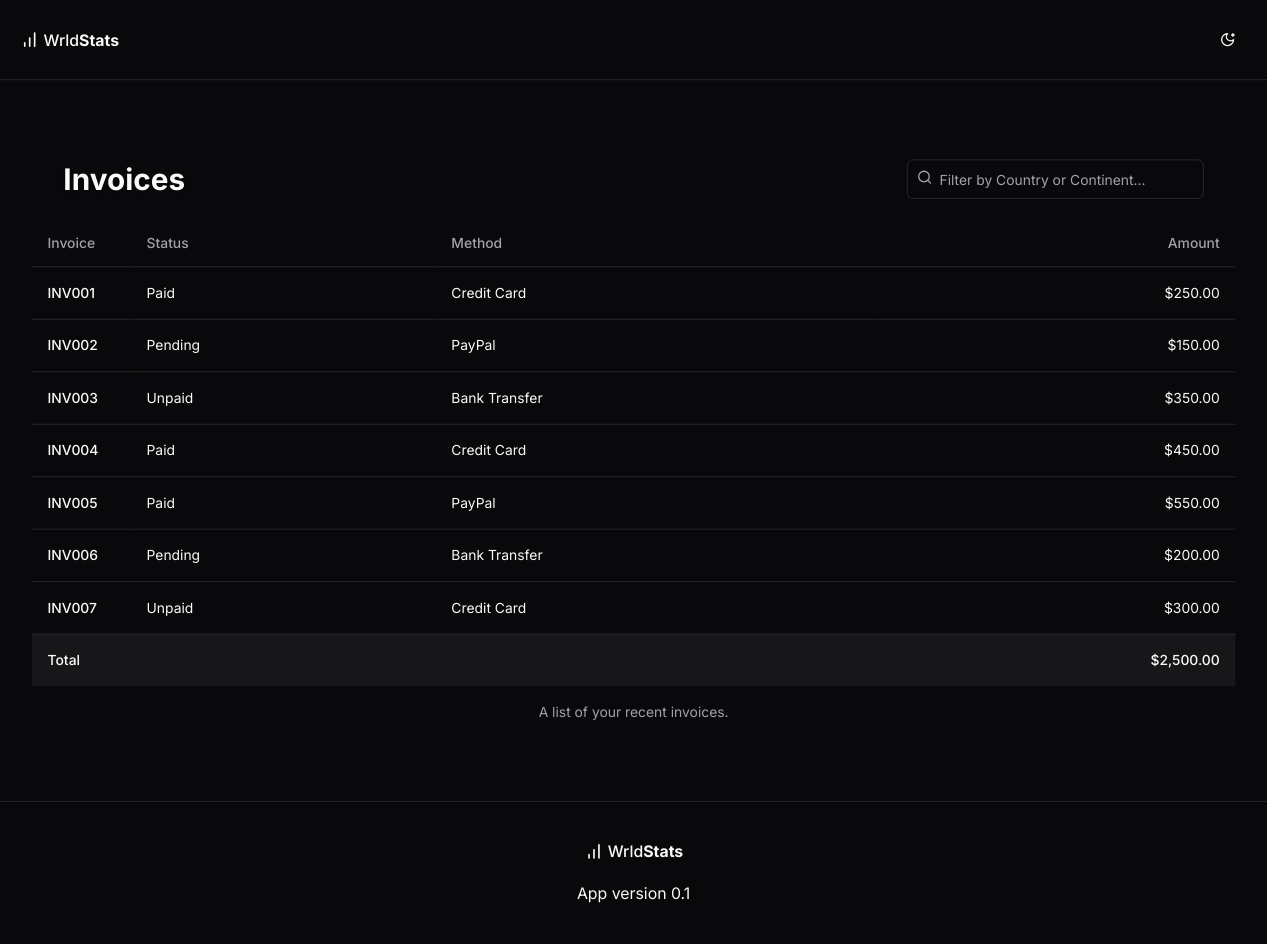
Repository: tushcmd/wrld-stats
Page: /
An editor plug-in stored every save of this project. The page is shown before and after the next save, followed by the edit.
The browser window is 1280 px wide. The pictures show the whole page, at 99% of full size.
The project was rebuilt for these pictures with package versions that can differ from the ones it lists, and the page was loaded fresh each time. The framework's server and built-in components were replaced by stand-ins that run in the browser. Also part of the build but not shown: next.config.mjs.

Above is the page before, as saved 2024-04-21 17:25:28.

### app/layout.tsx
import './globals.css';
import { Inter } from 'next/font/google';

import { Metadata, Viewport } from 'next';
import siteMetadata from '../data/siteMetadata';

import Navbar from '@/components/shared/Navbar';
import Footer from '@/components/shared/Footer';
import AppProviders from '@/components/providers/AppProviders';

const inter = Inter({ subsets: ['latin'] });

export const viewport: Viewport = {
  width: 'device-width',
  initialScale: 1,
  maximumScale: 1,
};

export const metadata: Metadata = {
  metadataBase: new URL(siteMetadata.siteUrl),
  title: {
    default: siteMetadata.title,
    template: `%s | ${siteMetadata.title}`,
  },
  description: siteMetadata.description,
  openGraph: {
    title: siteMetadata.title,
    description: siteMetadata.description,
    url: './',
    siteName: siteMetadata.title,
    locale: 'en',
    type: 'website',
  },
  alternates: {
    canonical: './',
  },
  robots: {
    index: true,
    follow: true,
    googleBot: {
      index: true,
      follow: true,
      'max-video-preview': -1,
      'max-image-preview': 'large',
      'max-snippet': -1,
    },
  },
  twitter: {
    title: siteMetadata.title,
    card: 'summary_large_image',
  },
};

export default function RootLayout({ children }: { children: React.ReactNode }) {
  return (
    <html lang="en" suppressHydrationWarning>
      <body className={inter.className}>
        <AppProviders>
          <Navbar />
          {children}
          <Footer />
        </AppProviders>
      </body>
    </html>
  );
}

### app/page.tsx
import Hero from '@/components/Hero';

export default function Home() {
  return (
    <main className="page-container">
      <Hero />
    </main>
  );
}

### app/globals.css
@tailwind base;
@tailwind components;
@tailwind utilities;

@layer base {
  :root {
    --background: 0 0% 100%;
    --foreground: 240 10% 3.9%;

    --card: 0 0% 100%;
    --card-foreground: 240 10% 3.9%;

    --popover: 0 0% 100%;
    --popover-foreground: 240 10% 3.9%;

    --primary: 240 5.9% 10%;
    --primary-foreground: 0 0% 98%;

    --secondary: 240 4.8% 95.9%;
    --secondary-foreground: 240 5.9% 10%;

    --muted: 240 4.8% 95.9%;
    --muted-foreground: 240 3.8% 46.1%;

    --accent: 240 4.8% 95.9%;
    --accent-foreground: 240 5.9% 10%;

    --destructive: 0 84.2% 60.2%;
    --destructive-foreground: 0 0% 98%;

    --border: 240 5.9% 90%;
    --input: 240 5.9% 90%;
    --ring: 240 10% 3.9%;

    --radius: 0.5rem;
  }

  .dark {
    --background: 240 10% 3.9%;
    --foreground: 0 0% 98%;

    --card: 240 10% 3.9%;
    --card-foreground: 0 0% 98%;

    --popover: 240 10% 3.9%;
    --popover-foreground: 0 0% 98%;

    --primary: 0 0% 98%;
    --primary-foreground: 240 5.9% 10%;

    --secondary: 240 3.7% 15.9%;
    --secondary-foreground: 0 0% 98%;

    --muted: 240 3.7% 15.9%;
    --muted-foreground: 240 5% 64.9%;

    --accent: 240 3.7% 15.9%;
    --accent-foreground: 0 0% 98%;

    --destructive: 0 62.8% 30.6%;
    --destructive-foreground: 0 0% 98%;

    --border: 240 3.7% 15.9%;
    --input: 240 3.7% 15.9%;
    --ring: 240 4.9% 83.9%;
  }

}

@layer base {
  * {
    @apply border-border;
  }
  body {
    @apply bg-background text-foreground;
  }
}

@layer components {

  /* FONT SIZES */
  .h1 {
		@apply text-5xl lg:text-6xl font-bold;
	}
	.h2 {
		@apply sm:text-3xl text-4xl font-bold;
	}
	.h3 {
		@apply text-2xl font-medium;
	}
	.h4 {
		@apply text-xl sm:text-lg font-normal;
	}

  /* LAYOUTS  */
	.layout-container {
		@apply container mx-auto px-5;
	}

	.page-container {
		@apply container py-20 flex flex-col gap-16 max-w-7xl;
	}
}

### data/siteMetadata.ts
const siteMetada = {
        title: "Wrld Stats",
        author: "Tush",
        headerTitle: "Wrld Stats",
        description: "Visualiser for world stats in different countries",
        language: "en",
        theme: "system", // system, dark or light
        siteUrl: "https://tushdev.co/",
        siteLogo: "public/vercel.png",
        locale: "en",
}

export default siteMetada

### components/shared/Navbar.tsx
import React, { FC } from 'react';
import ThemeSwitcherButton from '../ui/ThemeSwitcher';
import Logo from './Logo';

const Navbar: FC = () => {
  return (
    <nav className="border-b py-5">
      <div className="layout-container flex justify-between items-center max-w-7xl">
        <Logo />
        <ThemeSwitcherButton />
      </div>
    </nav>
  );
};

export default Navbar;

### components/shared/Footer.tsx
import React, { FC } from 'react'
import Logo from './Logo'
import { APP_VERSION } from '@/lib/config'

const Footer: FC = () => {
  return (
    <footer className='border-t'>
        <div className='layout-container flex flex-col gap-5 items-center  justify-center py-10'>
            <Logo />
            <p>App version {APP_VERSION}</p>
        </div>

    </footer>
  )
}

export default Footer

### components/providers/AppProviders.tsx
'use client';

import { ThemeProvider } from 'next-themes';
import { FC, ReactNode } from 'react';

interface AppProvidersProps {
  children: ReactNode;
}


const AppProviders: FC<AppProvidersProps> = ({ children }) => {
  return (
    <>
      <ThemeProvider attribute="class" disableTransitionOnChange defaultTheme="dark" enableSystem>
        {children}

      </ThemeProvider>
    </>
  );
};

export default AppProviders;

### components/Hero.tsx
import { Search } from 'lucide-react';
import React, { FC } from 'react';
import { TableDemo } from './list';
import { Input } from './ui/input';

const Hero: FC = () => {
  return (
    <section className="flex flex-col items-center justify-center gap-5">
      <div className='container flex flex-col md:flex-row justify-between items-center'>
        <p className='text-base lg:text-3xl font-bold drop-shadow-sm'>Invoices</p>
        <form className="ml-auto flex-1 sm:flex-initial">
          <div className="relative">
            <Search className="absolute left-2.5 top-2.5 h-4 w-4 text-muted-foreground" />
            <Input
              type="search"
              placeholder="Filter by Country or Continent..."
              className="pl-8 sm:w-[300px] md:w-[200px] lg:w-[300px]" />
          </div>
        </form>
      </div>

      <TableDemo />
    </section>
  );
};


export default Hero;

### components/ui/ThemeSwitcher.tsx
"use client";

import { useTheme } from "next-themes";
import React, { FC, useEffect, useState } from "react";
import { SunIcon,  Laptop, MoonStarIcon } from "lucide-react";
import {
	DropdownMenu,
	DropdownMenuContent,
	DropdownMenuItem,
	DropdownMenuTrigger,
} from "./dropdown-menu";
import { Button } from "./button";

const themes = [
	{
		value: "light",
		label: "Light",
		icon: SunIcon,
	},
	{
		value: "dark",
		label: "Dark",
		icon: MoonStarIcon,
	},
	{
		value: "system",
		label: "System",
		icon: Laptop,
	},
];

const ThemeSwitcher: FC = () => {
  const [mounted, setMounted] = useState(false)
	const { theme, setTheme } = useTheme();
	const currentTheme = themes.find((t) => t.value === theme);
	const ThemeIcon = currentTheme?.icon

  useEffect(() => {
    setMounted(true)
  }, [])

	return mounted && (
		<div className="flex">
			<DropdownMenu  >
				<DropdownMenuTrigger asChild>
					<Button variant="ghost" size={"icon"}>{!!ThemeIcon && <ThemeIcon className="w-4 h-4"/>}</Button>
				</DropdownMenuTrigger>
				<DropdownMenuContent>
					{themes.map(({value, label}) => <DropdownMenuItem role="button" onClick={() => setTheme(value)} key={value}>{label}</DropdownMenuItem>)}
				</DropdownMenuContent>
			</DropdownMenu>
		</div>
	);
};

export default ThemeSwitcher;

### components/shared/Logo.tsx

import { URLS } from "@/lib/urls";
import { BarChart } from "lucide-react";
import Link from "next/link";
import React, { FC } from "react";

const Logo: FC = () => {
	return (
		<Link href={URLS.HOMEPAGE} className="flex items-center gap-1 component-focus rounded-md">
			<BarChart   className="w-5 h-5 fill-current" />
			<h1 className="inline-flex flex-col gap-0 leading-none font-medium">
				<p>Wrld<span className="font-bold">Stats</span></p>
			</h1>
		</Link>
	);
};

export default Logo;

### lib/config.ts
export const APP_VERSION = 0.1

### components/list.tsx
import {
    Table,
    TableBody,
    TableCaption,
    TableCell,
    TableFooter,
    TableHead,
    TableHeader,
    TableRow,
} from "@/components/ui/table"

const invoices = [
    {
        invoice: "INV001",
        paymentStatus: "Paid",
        totalAmount: "$250.00",
        paymentMethod: "Credit Card",
    },
    {
        invoice: "INV002",
        paymentStatus: "Pending",
        totalAmount: "$150.00",
        paymentMethod: "PayPal",
    },
    {
        invoice: "INV003",
        paymentStatus: "Unpaid",
        totalAmount: "$350.00",
        paymentMethod: "Bank Transfer",
    },
    {
        invoice: "INV004",
        paymentStatus: "Paid",
        totalAmount: "$450.00",
        paymentMethod: "Credit Card",
    },
    {
        invoice: "INV005",
        paymentStatus: "Paid",
        totalAmount: "$550.00",
        paymentMethod: "PayPal",
    },
    {
        invoice: "INV006",
        paymentStatus: "Pending",
        totalAmount: "$200.00",
        paymentMethod: "Bank Transfer",
    },
    {
        invoice: "INV007",
        paymentStatus: "Unpaid",
        totalAmount: "$300.00",
        paymentMethod: "Credit Card",
    },
]

export function TableDemo() {
    return (
        <Table className="">
            <TableCaption>A list of your recent invoices.</TableCaption>
            <TableHeader>
                <TableRow>
                    <TableHead className="w-[100px]">Invoice</TableHead>
                    <TableHead>Status</TableHead>
                    <TableHead>Method</TableHead>
                    <TableHead className="text-right">Amount</TableHead>
                </TableRow>
            </TableHeader>
            <TableBody>
                {invoices.map((invoice) => (
                    <TableRow key={invoice.invoice}>
                        <TableCell className="font-medium">{invoice.invoice}</TableCell>
                        <TableCell>{invoice.paymentStatus}</TableCell>
                        <TableCell>{invoice.paymentMethod}</TableCell>
                        <TableCell className="text-right">{invoice.totalAmount}</TableCell>
                    </TableRow>
                ))}
            </TableBody>
            <TableFooter>
                <TableRow>
                    <TableCell colSpan={3}>Total</TableCell>
                    <TableCell className="text-right">$2,500.00</TableCell>
                </TableRow>
            </TableFooter>
        </Table>
    )
}



//import React from 'react'
//
//const List = () => {
//  return (
//    <div>List</div>
//  )
//}
//
//export default List

### components/ui/input.tsx
import * as React from "react"

import { cn } from "@/lib/utils"

export interface InputProps
  extends React.InputHTMLAttributes<HTMLInputElement> {}

const Input = React.forwardRef<HTMLInputElement, InputProps>(
  ({ className, type, ...props }, ref) => {
    return (
      <input
        type={type}
        className={cn(
          "flex h-10 w-full rounded-md border border-input bg-background px-3 py-2 text-sm ring-offset-background file:border-0 file:bg-transparent file:text-sm file:font-medium placeholder:text-muted-foreground focus-visible:outline-none focus-visible:ring-2 focus-visible:ring-ring focus-visible:ring-offset-2 disabled:cursor-not-allowed disabled:opacity-50",
          className
        )}
        ref={ref}
        {...props}
      />
    )
  }
)
Input.displayName = "Input"

export { Input }

### components/ui/button.tsx
import * as React from "react"
import { Slot } from "@radix-ui/react-slot"
import { cva, type VariantProps } from "class-variance-authority"

import { cn } from "@/lib/utils"

const buttonVariants = cva(
  "inline-flex items-center justify-center whitespace-nowrap rounded-md text-sm font-medium ring-offset-background transition-colors focus-visible:outline-none focus-visible:ring-2 focus-visible:ring-ring focus-visible:ring-offset-2 disabled:pointer-events-none disabled:opacity-50",
  {
    variants: {
      variant: {
        default: "bg-primary text-primary-foreground hover:bg-primary/90",
        destructive:
          "bg-destructive text-destructive-foreground hover:bg-destructive/90",
        outline:
          "border border-input bg-background hover:bg-accent hover:text-accent-foreground",
        secondary:
          "bg-secondary text-secondary-foreground hover:bg-secondary/80",
        ghost: "hover:bg-accent hover:text-accent-foreground",
        link: "text-primary underline-offset-4 hover:underline",
      },
      size: {
        default: "h-10 px-4 py-2",
        sm: "h-9 rounded-md px-3",
        lg: "h-11 rounded-md px-8",
        icon: "h-10 w-10",
      },
    },
    defaultVariants: {
      variant: "default",
      size: "default",
    },
  }
)

export interface ButtonProps
  extends React.ButtonHTMLAttributes<HTMLButtonElement>,
    VariantProps<typeof buttonVariants> {
  asChild?: boolean
}

const Button = React.forwardRef<HTMLButtonElement, ButtonProps>(
  ({ className, variant, size, asChild = false, ...props }, ref) => {
    const Comp = asChild ? Slot : "button"
    return (
      <Comp
        className={cn(buttonVariants({ variant, size, className }))}
        ref={ref}
        {...props}
      />
    )
  }
)
Button.displayName = "Button"

export { Button, buttonVariants }

### lib/urls.ts
export enum URLS {
    HOMEPAGE = "/"
}

### components/ui/table.tsx
import * as React from "react"

import { cn } from "@/lib/utils"

const Table = React.forwardRef<
  HTMLTableElement,
  React.HTMLAttributes<HTMLTableElement>
>(({ className, ...props }, ref) => (
  <div className="relative w-full overflow-auto">
    <table
      ref={ref}
      className={cn("w-full caption-bottom text-sm", className)}
      {...props}
    />
  </div>
))
Table.displayName = "Table"

const TableHeader = React.forwardRef<
  HTMLTableSectionElement,
  React.HTMLAttributes<HTMLTableSectionElement>
>(({ className, ...props }, ref) => (
  <thead ref={ref} className={cn("[&_tr]:border-b", className)} {...props} />
))
TableHeader.displayName = "TableHeader"

const TableBody = React.forwardRef<
  HTMLTableSectionElement,
  React.HTMLAttributes<HTMLTableSectionElement>
>(({ className, ...props }, ref) => (
  <tbody
    ref={ref}
    className={cn("[&_tr:last-child]:border-0", className)}
    {...props}
  />
))
TableBody.displayName = "TableBody"

const TableFooter = React.forwardRef<
  HTMLTableSectionElement,
  React.HTMLAttributes<HTMLTableSectionElement>
>(({ className, ...props }, ref) => (
  <tfoot
    ref={ref}
    className={cn(
      "border-t bg-muted/50 font-medium [&>tr]:last:border-b-0",
      className
    )}
    {...props}
  />
))
TableFooter.displayName = "TableFooter"

const TableRow = React.forwardRef<
  HTMLTableRowElement,
  React.HTMLAttributes<HTMLTableRowElement>
>(({ className, ...props }, ref) => (
  <tr
    ref={ref}
    className={cn(
      "border-b transition-colors hover:bg-muted/50 data-[state=selected]:bg-muted",
      className
    )}
    {...props}
  />
))
TableRow.displayName = "TableRow"

const TableHead = React.forwardRef<
  HTMLTableCellElement,
  React.ThHTMLAttributes<HTMLTableCellElement>
>(({ className, ...props }, ref) => (
  <th
    ref={ref}
    className={cn(
      "h-12 px-4 text-left align-middle font-medium text-muted-foreground [&:has([role=checkbox])]:pr-0",
      className
    )}
    {...props}
  />
))
TableHead.displayName = "TableHead"

const TableCell = React.forwardRef<
  HTMLTableCellElement,
  React.TdHTMLAttributes<HTMLTableCellElement>
>(({ className, ...props }, ref) => (
  <td
    ref={ref}
    className={cn("p-4 align-middle [&:has([role=checkbox])]:pr-0", className)}
    {...props}
  />
))
TableCell.displayName = "TableCell"

const TableCaption = React.forwardRef<
  HTMLTableCaptionElement,
  React.HTMLAttributes<HTMLTableCaptionElement>
>(({ className, ...props }, ref) => (
  <caption
    ref={ref}
    className={cn("mt-4 text-sm text-muted-foreground", className)}
    {...props}
  />
))
TableCaption.displayName = "TableCaption"

export {
  Table,
  TableHeader,
  TableBody,
  TableFooter,
  TableHead,
  TableRow,
  TableCell,
  TableCaption,
}

### tailwind.config.ts
import type { Config } from "tailwindcss"


const config = {
  darkMode: ["class"],
  content: [
    './pages/**/*.{ts,tsx}',
    './components/**/*.{ts,tsx}',
    './app/**/*.{ts,tsx}',
    './src/**/*.{ts,tsx}',
	],
  prefix: "",
  theme: {
    container: {
      center: true,
      padding: "2rem",
      screens: {
        "2xl": "1400px",
      },
    },
    extend: {
      colors: {
        border: "hsl(var(--border))",
        input: "hsl(var(--input))",
        ring: "hsl(var(--ring))",
        background: "hsl(var(--background))",
        foreground: "hsl(var(--foreground))",
        primary: {
          DEFAULT: "hsl(var(--primary))",
          foreground: "hsl(var(--primary-foreground))",
        },
        secondary: {
          DEFAULT: "hsl(var(--secondary))",
          foreground: "hsl(var(--secondary-foreground))",
        },
        destructive: {
          DEFAULT: "hsl(var(--destructive))",
          foreground: "hsl(var(--destructive-foreground))",
        },
        muted: {
          DEFAULT: "hsl(var(--muted))",
          foreground: "hsl(var(--muted-foreground))",
        },
        accent: {
          DEFAULT: "hsl(var(--accent))",
          foreground: "hsl(var(--accent-foreground))",
        },
        popover: {
          DEFAULT: "hsl(var(--popover))",
          foreground: "hsl(var(--popover-foreground))",
        },
        card: {
          DEFAULT: "hsl(var(--card))",
          foreground: "hsl(var(--card-foreground))",
        },
      },
      borderRadius: {
        lg: "var(--radius)",
        md: "calc(var(--radius) - 2px)",
        sm: "calc(var(--radius) - 4px)",
      },
      keyframes: {
        "accordion-down": {
          from: { height: "0" },
          to: { height: "var(--radix-accordion-content-height)" },
        },
        "accordion-up": {
          from: { height: "var(--radix-accordion-content-height)" },
          to: { height: "0" },
        },
      },
      animation: {
        "accordion-down": "accordion-down 0.2s ease-out",
        "accordion-up": "accordion-up 0.2s ease-out",
      },
    },
  },
  plugins: [require("tailwindcss-animate")],
} satisfies Config

export default config

const BREAKPOINTS = {
	SM: {
		MIN: 0,
		MAX: 1024,
	},
	LG: {
		MIN: 1025,
		MAX: 1920,
	},
};

Loaded but not shown: lib/utils.ts (common file); components/ui/dropdown-menu.tsx (200 lines, source omitted)

After the next save:
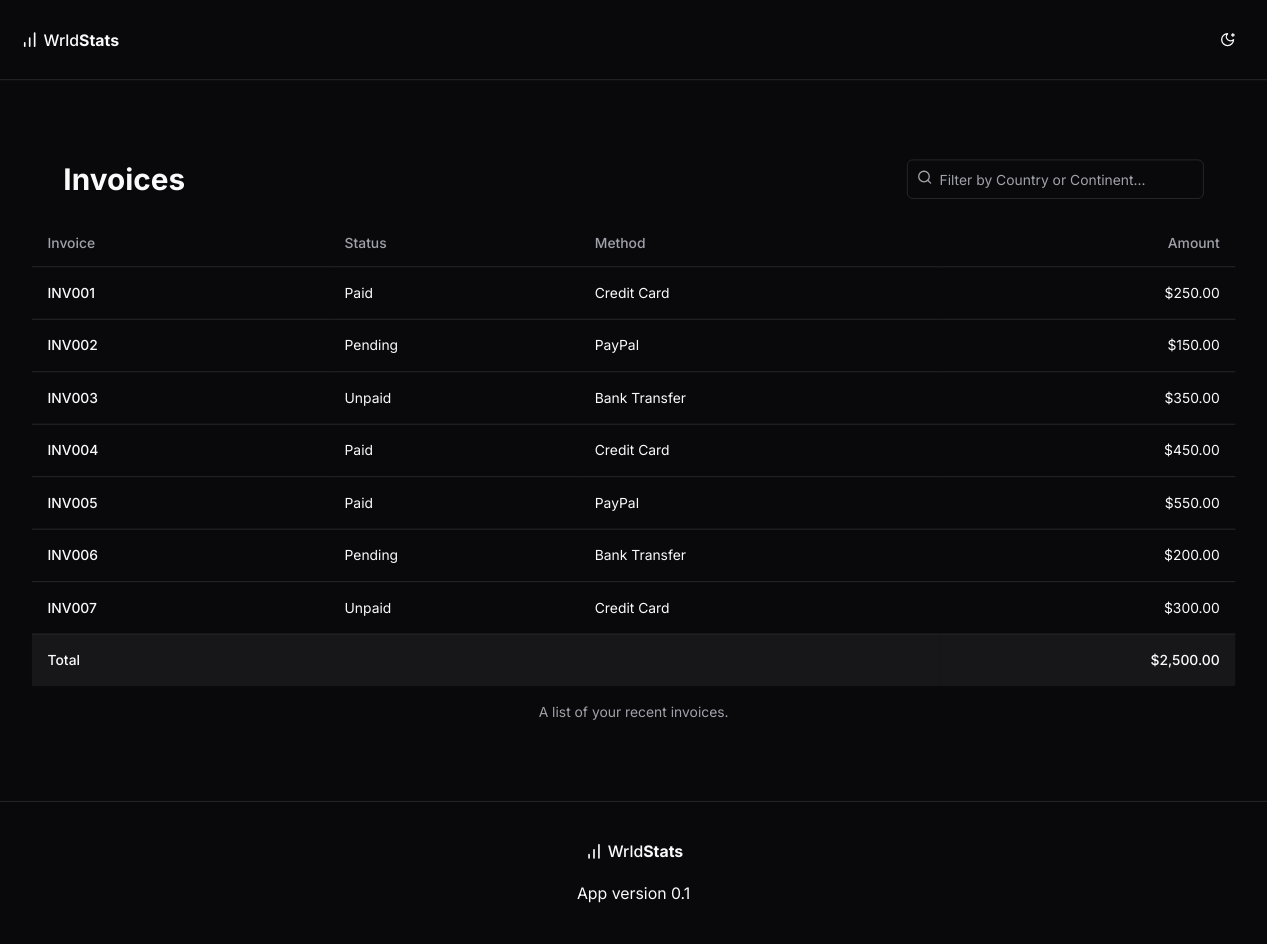
Saved 47 s later.
--- a/components/list.tsx
+++ b/components/list.tsx
@@ -60,7 +60,7 @@ export function TableDemo() {
             <TableCaption>A list of your recent invoices.</TableCaption>
             <TableHeader>
                 <TableRow>
-                    <TableHead className="w-[100px]">Invoice</TableHead>
+                    <TableHead className="w-[300px]">Invoice</TableHead>
                     <TableHead>Status</TableHead>
                     <TableHead>Method</TableHead>
                     <TableHead className="text-right">Amount</TableHead>
